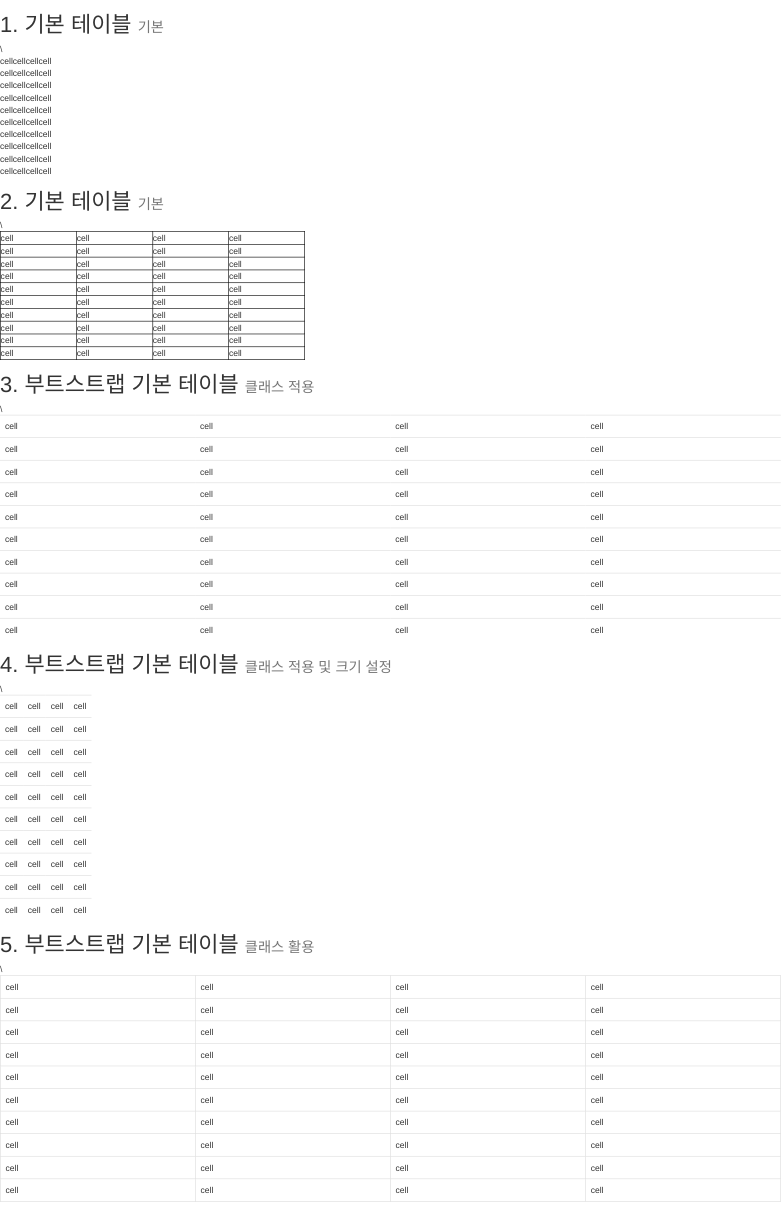
Repository: park-nahyun/BootstrapStudy
Page: BootstrapWork/WebContent/BootEx02.html
These files come from the project's save history. The page is drawn as it stood at one moment and after the next save; the edit follows.
The browser window is 1280 px wide. The pictures show the whole page, at 61% of full size.

Above is the page before, as saved 2021-07-01 03:37:09.

### BootstrapWork/WebContent/BootEx02.html
<!DOCTYPE html>
<html>
<head>
<meta charset="UTF-8">
<title>BootEx02.html</title>

<link rel="stylesheet" href="css/bootstrap.css">
<script type="text/javascript" src="http://code.jquery.com/jquery.min.js"></script>
<script type="text/javascript" src="js/bootstrap.min.js"></script>

<style type="text/css">
	/* 테이블 기본 서식 */

	#table
	{
		width: 500px;
		border: 1px; solid black;
		border-collapse: collapse;
	}

	#table td
   {
      border: 1px solid black;
   }


</style>

</head>
<body>
<h1>1. 기본 테이블 <small>기본</small></h1>\
<!-- table>(tr>td{cell}*4)*10 -->
<table>
	<tr>
		<td>cell</td>
		<td>cell</td>
		<td>cell</td>
		<td>cell</td>
	</tr>
	<tr>
		<td>cell</td>
		<td>cell</td>
		<td>cell</td>
		<td>cell</td>
	</tr>
	<tr>
		<td>cell</td>
		<td>cell</td>
		<td>cell</td>
		<td>cell</td>
	</tr>
	<tr>
		<td>cell</td>
		<td>cell</td>
		<td>cell</td>
		<td>cell</td>
	</tr>
	<tr>
		<td>cell</td>
		<td>cell</td>
		<td>cell</td>
		<td>cell</td>
	</tr>
	<tr>
		<td>cell</td>
		<td>cell</td>
		<td>cell</td>
		<td>cell</td>
	</tr>
	<tr>
		<td>cell</td>
		<td>cell</td>
		<td>cell</td>
		<td>cell</td>
	</tr>
	<tr>
		<td>cell</td>
		<td>cell</td>
		<td>cell</td>
		<td>cell</td>
	</tr>
	<tr>
		<td>cell</td>
		<td>cell</td>
		<td>cell</td>
		<td>cell</td>
	</tr>
	<tr>
		<td>cell</td>
		<td>cell</td>
		<td>cell</td>
		<td>cell</td>
	</tr>
</table>


<h1>2. 기본 테이블 <small>기본</small></h1>\
<!-- table>(tr>td{cell}*4)*10 -->
<table id="table">
	<tr>
		<td>cell</td>
		<td>cell</td>
		<td>cell</td>
		<td>cell</td>
	</tr>
	<tr>
		<td>cell</td>
		<td>cell</td>
		<td>cell</td>
		<td>cell</td>
	</tr>
	<tr>
		<td>cell</td>
		<td>cell</td>
		<td>cell</td>
		<td>cell</td>
	</tr>
	<tr>
		<td>cell</td>
		<td>cell</td>
		<td>cell</td>
		<td>cell</td>
	</tr>
	<tr>
		<td>cell</td>
		<td>cell</td>
		<td>cell</td>
		<td>cell</td>
	</tr>
	<tr>
		<td>cell</td>
		<td>cell</td>
		<td>cell</td>
		<td>cell</td>
	</tr>
	<tr>
		<td>cell</td>
		<td>cell</td>
		<td>cell</td>
		<td>cell</td>
	</tr>
	<tr>
		<td>cell</td>
		<td>cell</td>
		<td>cell</td>
		<td>cell</td>
	</tr>
	<tr>
		<td>cell</td>
		<td>cell</td>
		<td>cell</td>
		<td>cell</td>
	</tr>
	<tr>
		<td>cell</td>
		<td>cell</td>
		<td>cell</td>
		<td>cell</td>
	</tr>
</table>


<h1>3. 부트스트랩 기본 테이블 <small>클래스 적용</small></h1>\
<!-- table>(tr>td{cell}*4)*10 -->
<table class="table">
	<tr>
		<td>cell</td>
		<td>cell</td>
		<td>cell</td>
		<td>cell</td>
	</tr>
	<tr>
		<td>cell</td>
		<td>cell</td>
		<td>cell</td>
		<td>cell</td>
	</tr>
	<tr>
		<td>cell</td>
		<td>cell</td>
		<td>cell</td>
		<td>cell</td>
	</tr>
	<tr>
		<td>cell</td>
		<td>cell</td>
		<td>cell</td>
		<td>cell</td>
	</tr>
	<tr>
		<td>cell</td>
		<td>cell</td>
		<td>cell</td>
		<td>cell</td>
	</tr>
	<tr>
		<td>cell</td>
		<td>cell</td>
		<td>cell</td>
		<td>cell</td>
	</tr>
	<tr>
		<td>cell</td>
		<td>cell</td>
		<td>cell</td>
		<td>cell</td>
	</tr>
	<tr>
		<td>cell</td>
		<td>cell</td>
		<td>cell</td>
		<td>cell</td>
	</tr>
	<tr>
		<td>cell</td>
		<td>cell</td>
		<td>cell</td>
		<td>cell</td>
	</tr>
	<tr>
		<td>cell</td>
		<td>cell</td>
		<td>cell</td>
		<td>cell</td>
	</tr>
</table>

<h1>4. 부트스트랩 기본 테이블 <small>클래스 적용 및 크기 설정</small></h1>\
<!-- table>(tr>td{cell}*4)*10 -->
<table class="table" style="width:150px;">
	<tr>
		<td>cell</td>
		<td>cell</td>
		<td>cell</td>
		<td>cell</td>
	</tr>
	<tr>
		<td>cell</td>
		<td>cell</td>
		<td>cell</td>
		<td>cell</td>
	</tr>
	<tr>
		<td>cell</td>
		<td>cell</td>
		<td>cell</td>
		<td>cell</td>
	</tr>
	<tr>
		<td>cell</td>
		<td>cell</td>
		<td>cell</td>
		<td>cell</td>
	</tr>
	<tr>
		<td>cell</td>
		<td>cell</td>
		<td>cell</td>
		<td>cell</td>
	</tr>
	<tr>
		<td>cell</td>
		<td>cell</td>
		<td>cell</td>
		<td>cell</td>
	</tr>
	<tr>
		<td>cell</td>
		<td>cell</td>
		<td>cell</td>
		<td>cell</td>
	</tr>
	<tr>
		<td>cell</td>
		<td>cell</td>
		<td>cell</td>
		<td>cell</td>
	</tr>
	<tr>
		<td>cell</td>
		<td>cell</td>
		<td>cell</td>
		<td>cell</td>
	</tr>
	<tr>
		<td>cell</td>
		<td>cell</td>
		<td>cell</td>
		<td>cell</td>
	</tr>
</table>

<h1>5. 부트스트랩 기본 테이블 <small>클래스 활용</small></h1>\
<!-- table>(tr>td{cell}*4)*10 -->
<table class="table table-bordered">
	<tr>
		<td>cell</td>
		<td>cell</td>
		<td>cell</td>
		<td>cell</td>
	</tr>
	<tr>
		<td>cell</td>
		<td>cell</td>
		<td>cell</td>
		<td>cell</td>
	</tr>
	<tr>
		<td>cell</td>
		<td>cell</td>
		<td>cell</td>
		<td>cell</td>
	</tr>
	<tr>
		<td>cell</td>
		<td>cell</td>
		<td>cell</td>
		<td>cell</td>
	</tr>
	<tr>
		<td>cell</td>
		<td>cell</td>
		<td>cell</td>
		<td>cell</td>
	</tr>
	<tr>
		<td>cell</td>
		<td>cell</td>
		<td>cell</td>
		<td>cell</td>
	</tr>
	<tr>
		<td>cell</td>
		<td>cell</td>
		<td>cell</td>
		<td>cell</td>
	</tr>
	<tr>
		<td>cell</td>
		<td>cell</td>
		<td>cell</td>
		<td>cell</td>
	</tr>
	<tr>
		<td>cell</td>
		<td>cell</td>
		<td>cell</td>
		<td>cell</td>
	</tr>
	<tr>
		<td>cell</td>
		<td>cell</td>
		<td>cell</td>
		<td>cell</td>
	</tr>
</table>
</body>
</html>

Loaded but not shown: BootstrapWork/WebContent/css/bootstrap.css (library); BootstrapWork/WebContent/js/bootstrap.min.js (library)

After the next save:
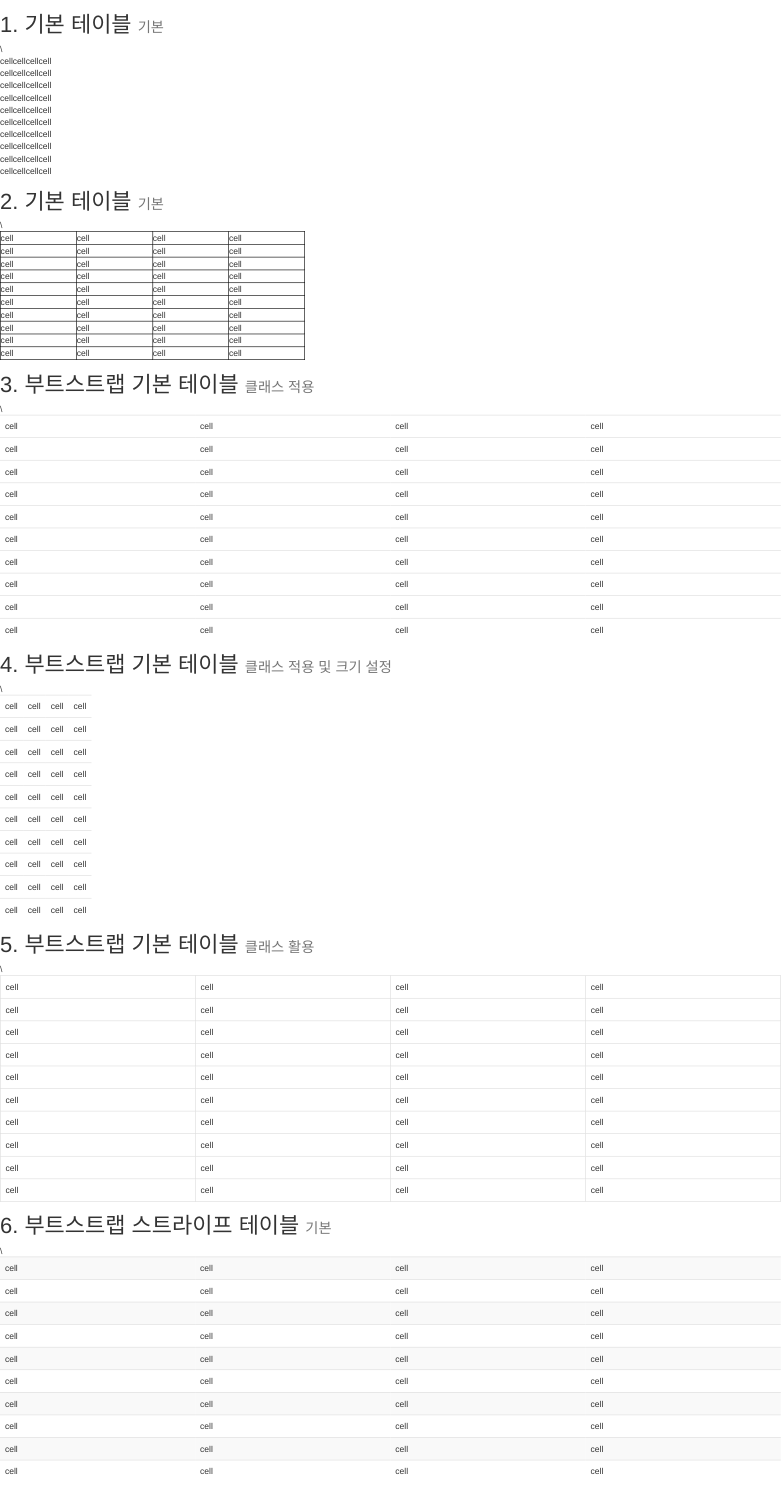
Saved 116 s later.
--- a/BootstrapWork/WebContent/BootEx02.html
+++ b/BootstrapWork/WebContent/BootEx02.html
@@ -354,5 +354,71 @@
 		<td>cell</td>
 	</tr>
 </table>
+
+
+<h1>6. 부트스트랩 스트라이프 테이블 <small>기본</small></h1>\
+<!-- table>(tr>td{cell}*4)*10 -->
+<table class="table table-striped">
+	<tr>
+		<td>cell</td>
+		<td>cell</td>
+		<td>cell</td>
+		<td>cell</td>
+	</tr>
+	<tr>
+		<td>cell</td>
+		<td>cell</td>
+		<td>cell</td>
+		<td>cell</td>
+	</tr>
+	<tr>
+		<td>cell</td>
+		<td>cell</td>
+		<td>cell</td>
+		<td>cell</td>
+	</tr>
+	<tr>
+		<td>cell</td>
+		<td>cell</td>
+		<td>cell</td>
+		<td>cell</td>
+	</tr>
+	<tr>
+		<td>cell</td>
+		<td>cell</td>
+		<td>cell</td>
+		<td>cell</td>
+	</tr>
+	<tr>
+		<td>cell</td>
+		<td>cell</td>
+		<td>cell</td>
+		<td>cell</td>
+	</tr>
+	<tr>
+		<td>cell</td>
+		<td>cell</td>
+		<td>cell</td>
+		<td>cell</td>
+	</tr>
+	<tr>
+		<td>cell</td>
+		<td>cell</td>
+		<td>cell</td>
+		<td>cell</td>
+	</tr>
+	<tr>
+		<td>cell</td>
+		<td>cell</td>
+		<td>cell</td>
+		<td>cell</td>
+	</tr>
+	<tr>
+		<td>cell</td>
+		<td>cell</td>
+		<td>cell</td>
+		<td>cell</td>
+	</tr>
+</table>
 </body>
 </html>
